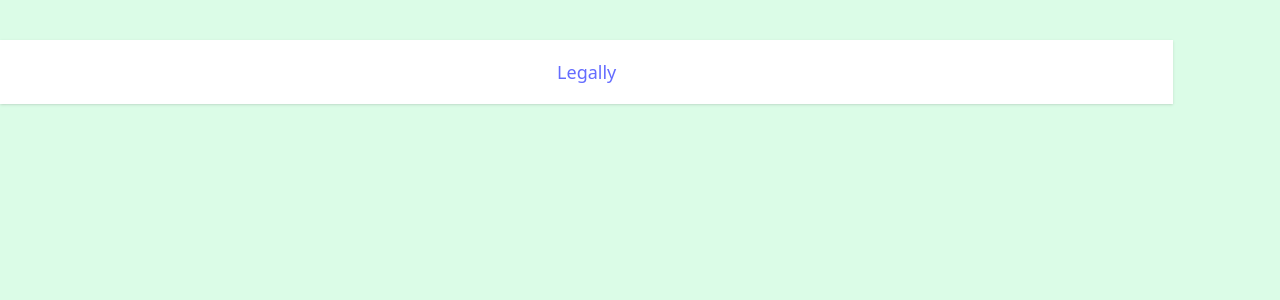
Repository: OdinPie/legal-search-acmeai
Page: / (app in legal-frontend/)
The author's editor kept a copy of each file at every save. The page is drawn from the files as they stood at one save, then again after the next save.
The browser window is 1280 px wide. The pictures show the whole page.
The project was rebuilt for these pictures with package versions that can differ from the ones it lists, and the page was loaded fresh each time. Also part of the build but not shown: legal-frontend/vite.config.js, legal-frontend/src/components/SearchSection.jsx.

Above is the page before, as saved 2025-11-05 16:06:36.

After the next save:
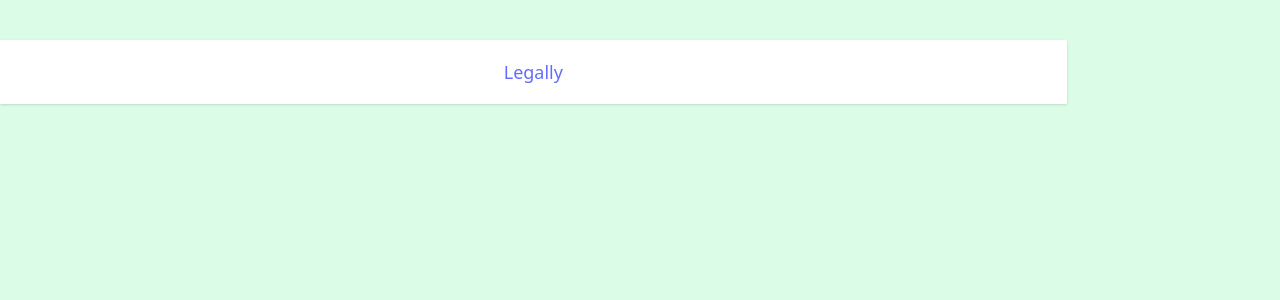
Saved 13 s later.
--- a/legal-frontend/src/components/Navbar.jsx
+++ b/legal-frontend/src/components/Navbar.jsx
@@ -3,7 +3,7 @@
 export default function Navbar() {
 
   return (
-    <div className="navbar bg-base-100 shadow-sm sticky top-10 z-10 w-11/12">
+    <div className="navbar bg-base-100 shadow-sm sticky top-10 z-10 w-10/12">
     <div className="flex justify-center w-full">
         <a className="btn btn-ghost text-lg">Legally</a>
     </div>
